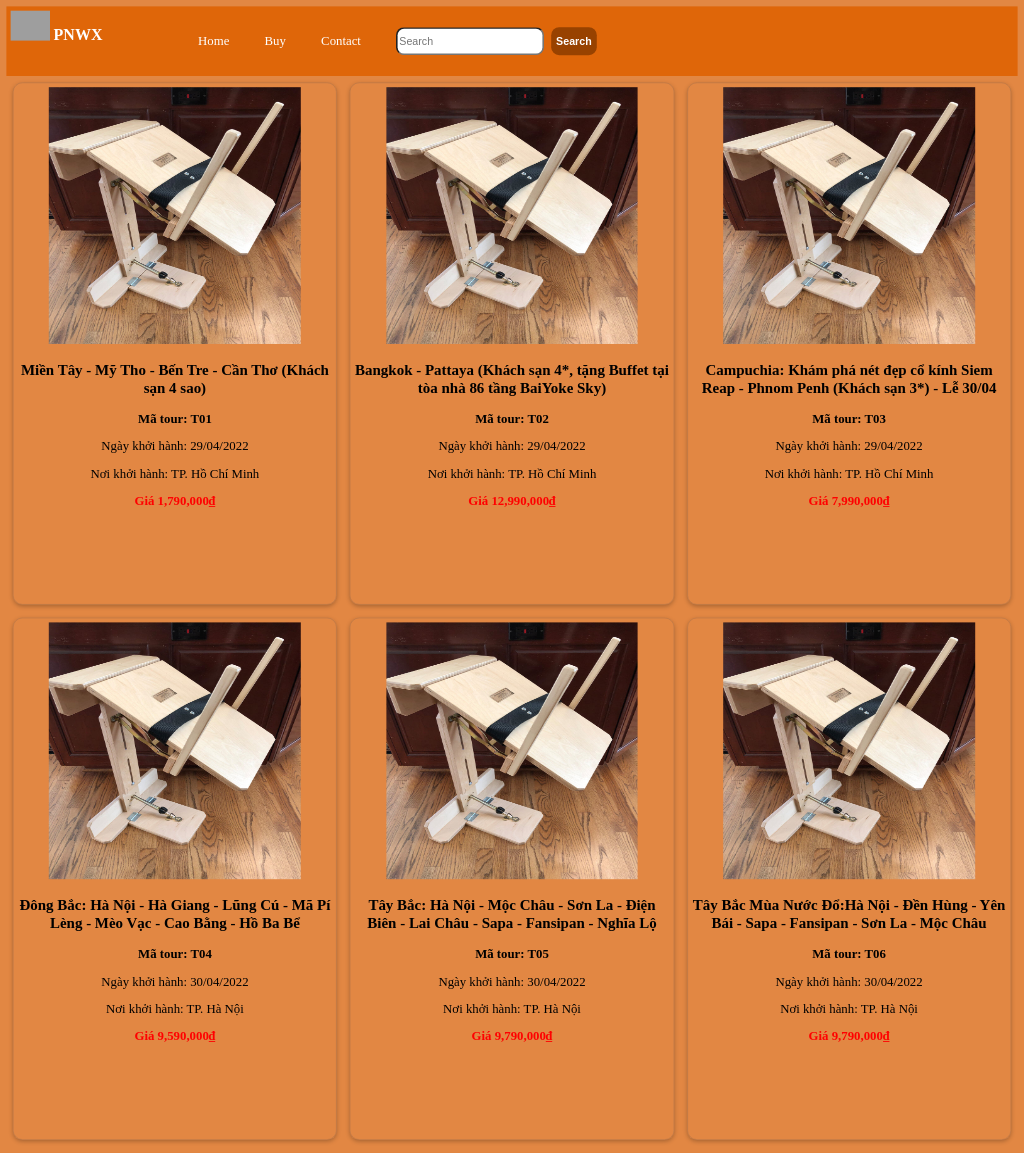
Repository: meiming24/meiming24.github.io
Page: index.html
The author's editor kept a copy of each file at every save. The page is drawn from the files as they stood at one save, then again after the next save.
The browser window is 1280 px wide. The pictures show the whole page, at 80% of full size.
Pictures or frames that could not be fetched are drawn as grey boxes.

Above is the page before, as saved 2022-05-10 00:01:42.

### index.html
<!DOCTYPE html>
<html lang="en">
<head>
    <meta charset="UTF-8">
    <meta http-equiv="X-UA-Compatible" content="IE=edge">
    <meta name="viewport" content="width=device-width, initial-scale=1.0">
    <title>Pacific Northwest X-Ray</title>
    <link rel="stylesheet" href="index.css" />
</head>
<body>
    <div class="container">

        <div class="logo">
            <img src="https://i.postimg.cc/hG3zmBz9/xray.png" alt="logo">
            <a href="#">PNWX</a>
        </div>

        <div class="nav-bar">
            <nav>
                <ul>
                    <li>
                        <a href="#">Home</a>
                    </li>

                    <li>
                        <a href="#">Buy</a>
                    </li>

                    <li>
                        <a href="#">Contact</a>
                    </li>

                    <li>
                        <form class="d-flex">
                            <input type="search" placeholder="Search"/>
                            <button type="submit">Search</button>
                        </form>
                    </li>

                </ul>


            </nav>

        </div>

    </div>

    <div class="main">

        <div class="content">

            <div class="item">
                <img src="/img/Xray.jpg" alt="item1">
                <h3>Miền Tây - Mỹ Tho - Bến Tre - Cần Thơ (Khách sạn 4 sao)</h3>
                <b>Mã tour: T01</b>
                <p>Ngày khởi hành: 29/04/2022</p>
                <p>Nơi khởi hành: TP. Hồ Chí Minh</p>
                <p class="price">Giá 1,790,000₫</p>
            </div>

            <div class="item">
                <img src="/img/Xray.jpg" alt="item2">
                <h3>Bangkok - Pattaya (Khách sạn 4*, tặng Buffet tại tòa nhà 86 tầng BaiYoke Sky)</h3>
                <b>Mã tour: T02</b>
                <p>Ngày khởi hành: 29/04/2022</p>

                <p>Nơi khởi hành: TP. Hồ Chí Minh</p>
                <p class="price">Giá 12,990,000₫</p>
            </div>

            <div class="item">
                <img src="/img/Xray.jpg" alt="item3">
                <h3>Campuchia: Khám phá nét đẹp cổ kính Siem Reap - Phnom Penh (Khách sạn 3*) - Lễ 30/04</h3>
                <b>Mã tour: T03</b>
                <p>Ngày khởi hành: 29/04/2022</p>

                <p>Nơi khởi hành: TP. Hồ Chí Minh</p>
                <p class="price">Giá 7,990,000₫ </p>
            </div>

            <div class="item">
                <img src="/img/Xray.jpg" alt="item4">
                <h3>Đông Bắc: Hà Nội - Hà Giang - Lũng Cú - Mã Pí Lèng - Mèo Vạc - Cao Bằng - Hồ Ba Bể</h3>
                <b>Mã tour: T04</b>
                <p>Ngày khởi hành: 30/04/2022</p>

                <p>Nơi khởi hành: TP. Hà Nội</p>
                <p class="price">Giá 9,590,000₫</p>
            </div>

            <div class="item">
                <img src="/img/Xray.jpg" alt="item5">
                <h3>Tây Bắc: Hà Nội - Mộc Châu - Sơn La - Điện Biên - Lai Châu - Sapa - Fansipan - Nghĩa Lộ</h3>
                <b>Mã tour: T05</b>
                <p>Ngày khởi hành: 30/04/2022</p>

                <p>Nơi khởi hành: TP. Hà Nội</p>
                <p class="price">Giá 9,790,000₫</p>
            </div>

            <div class="item">
                <img src="/img/Xray.jpg" alt="item6">
                <h3>Tây Bắc Mùa Nước Đổ:Hà Nội - Đền Hùng - Yên Bái - Sapa - Fansipan - Sơn La - Mộc Châu</h3>
                <b>Mã tour: T06</b>
                <p>Ngày khởi hành: 30/04/2022</p>

                <p>Nơi khởi hành: TP. Hà Nội</p>
                <p class="price">Giá 9,790,000₫</p>
            </div>

        </div>

    </div>

</body>
</html>

### index.css
body {
    background-color: #e28743
}

.container {
    display: flex;
    flex-flow: row wrap;
    background-color: #df6609;
}

.container > * {
    padding: 0px;
    margin: 0PX;
    box-sizing: border-box;
}

.logo {
    flex-basis: 15%;
    font-weight: 600;
    text-decoration: none;
    padding: 5px;
    display: inline-block;
}

.logo > img {
    width: 50px;
}

.logo > a {
    text-decoration: none;
    font-size: 20px;
    color: #fff;
}

.nav-bar {
    display: flex;
    align-items: center;
}

.nav-bar > nav {
    flex: 100%;
    text-align: left;
}

.nav-bar > nav ul {
    display: inline-block;
    list-style-type: none;
}

.nav-bar > nav ul li{
    display: inline-block;
    margin-right: 20px;
    padding: 10px;
}

.nav-bar > nav ul li a{
    text-decoration: none;
    border-bottom-style: none;
    color: #fff;
}

.nav-bar > nav ul li:hover{
    background-color: #b34f03;
}

.nav-bar > nav ul li form input {
    height: 35px;
    border-radius: 10px;
    margin-right: 5px;
}

.nav-bar > nav ul li form button {
    height: 35px;
    border-radius: 10px;
    border-style: none;
    font-weight: 600;
    color: #fff;
    background: #984200;
}

.nav-bar > nav ul li form button:hover {
    background: #4e2201;
}

.main {
    display: flex;
    width: 100%;
    flex-flow: wrap;
}
.text {
    flex: 100%;
    text-align: center;
    font-family: Arial;
    color: rgb(0, 0, 0);
    font-size: xx-large;
    padding: 20px;
}
.content {
    flex:100%;
    display: flex;
    flex-flow: wrap;
}
.content img {
    height: 50%;
    width: 80%;
}
.content .item {
    text-align: center;
    flex: 28%;
   border: 1px solid rgba(97, 88, 88,0.25)  ;
   margin: 8px;
   padding: 5px;
   box-shadow: 0 2px 5px rgba(0, 0, 0, 0.25);
   border-radius: 12px;
   transition: all 1s ease-in-out;
}
.content .price {
    color: red;
    font-weight: 900;
}
.content .item:hover {
    box-shadow: 0 8px 15px rgba(0, 0, 0, 0.3);
}

After the next save:
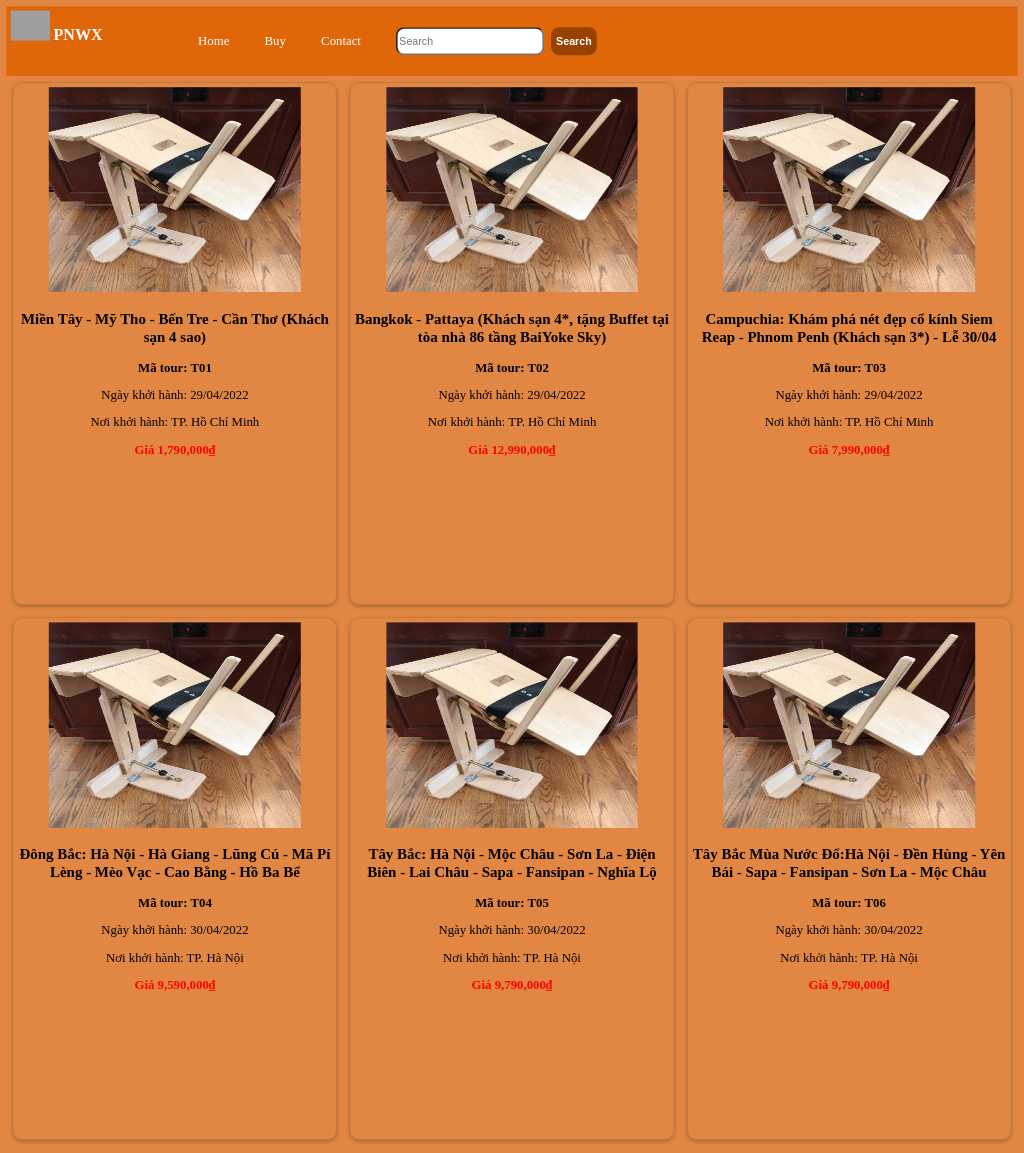
Saved 3 min 27 s later.
--- a/index.css
+++ b/index.css
@@ -101,7 +101,7 @@ body {
     flex-flow: wrap;
 }
 .content img {
-    height: 50%;
+    height: 40%;
     width: 80%;
 }
 .content .item {
